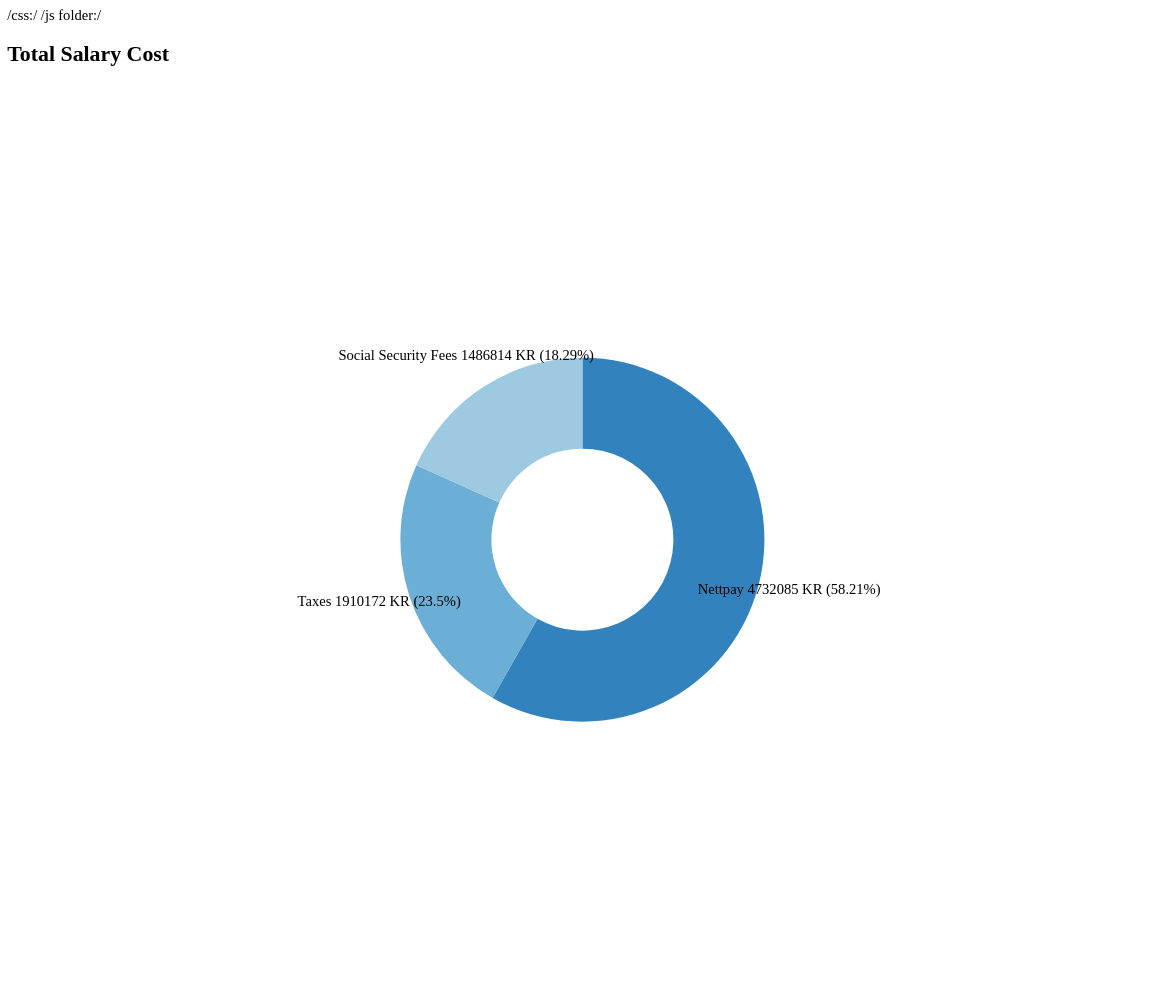
Repository: Code-Institute-Submissions/danfiliphoff-Milestoneproject-2
Page: index.html
The author's editor kept a record of every edit. The page is drawn from the files as they stood at one moment, then again after the next edit.
The browser window is 1280 px wide. The pictures show the whole page, at 91% of full size.

Above is the page before.

After the next edit:
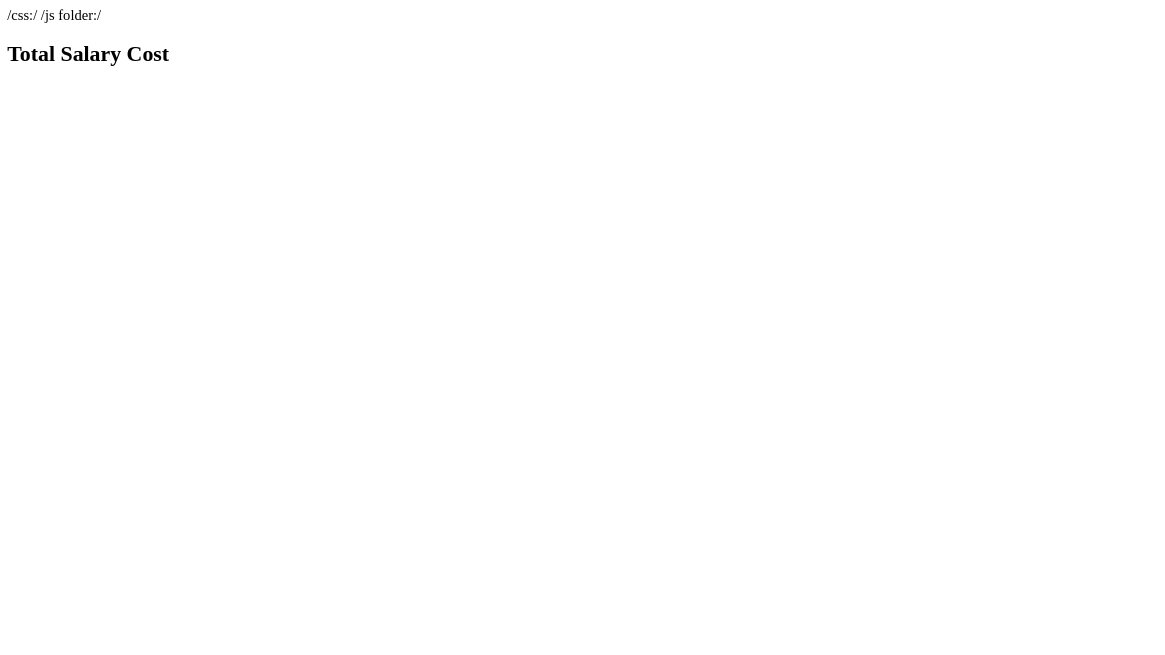
Console error: ReferenceError: makePie is not defined
The edit:
--- a/static/js/pie.graph.js
+++ b/static/js/pie.graph.js
@@ -1,7 +1,7 @@
 /*väntar med att skapa graf tills data är laddat*/
 queue()
     .defer(d3.csv, "data/total.cost.csv")
-    .await(makeGraphs);
+    .await(makePie);
 
 /*skapar graf och hämtar data*/
 function makeGraphs(error, totalCost) {
@@ -18,7 +18,7 @@
         .transitionDuration(1500)
         .dimension(type_dim)
         .group(total_cost_pie_chart)
-        .externalLabels(35)
+        .externalLabels(50)
         /*8129071: har summerat ihopp för hand vill hitta kod som summerar ihopp åt mig.
         *100)/100 i slutet av formeln är för att få med 2 decimal tecken i procenten
         */

After the edit that followed:
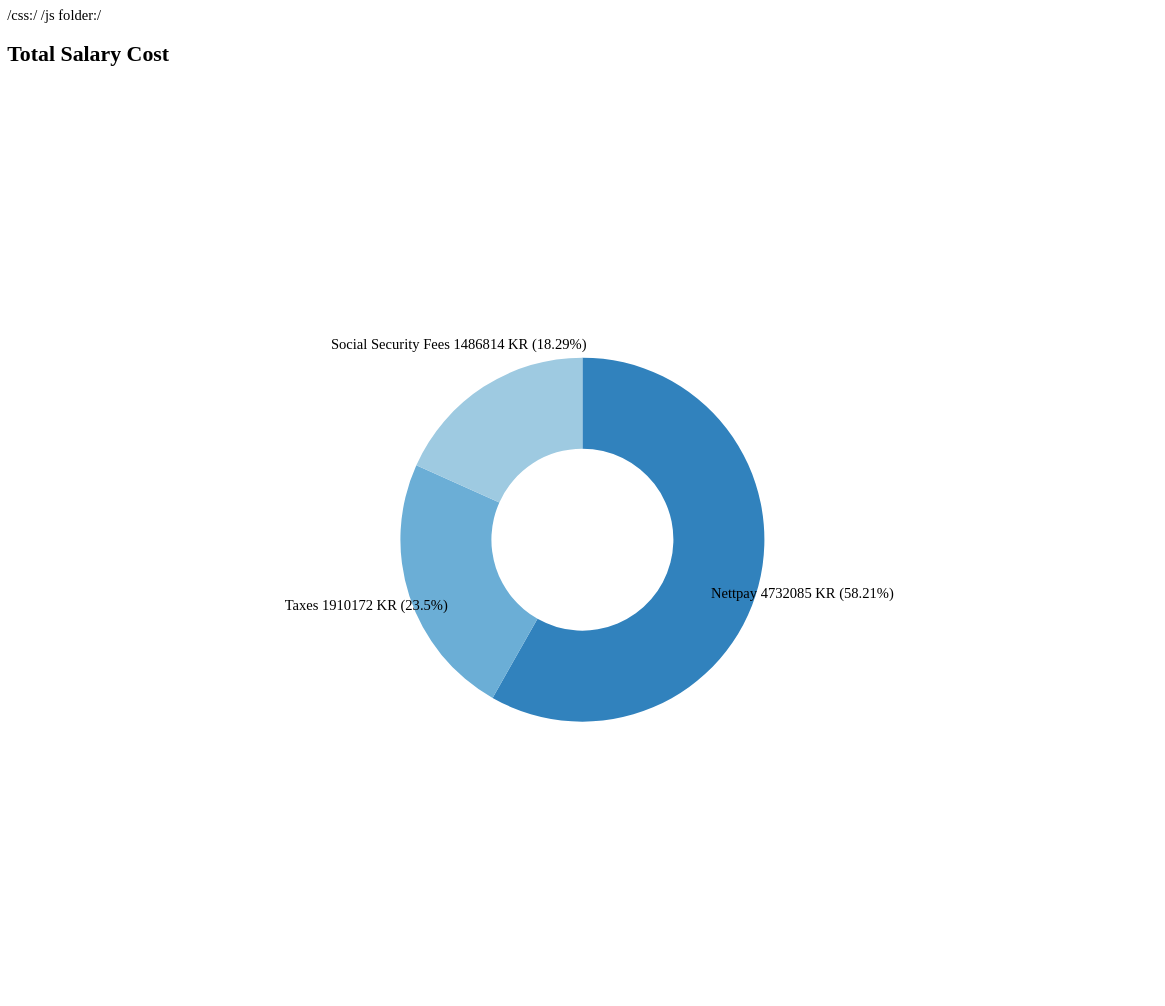
The error is gone.
The edit:
--- a/static/js/pie.graph.js
+++ b/static/js/pie.graph.js
@@ -4,9 +4,9 @@
     .await(makePie);
 
 /*skapar graf och hämtar data*/
-function makeGraphs(error, totalCost) {
-    var ndx = crossfilter(totalCost);
-    var type_dim = ndx.dimension(function(d) { return d["Type"]; });
+function makePie(error, totalCost) {
+    var pie = crossfilter(totalCost);
+    var type_dim = pie.dimension(function(d) { return d["Type"]; });
     var total_cost_pie_chart = type_dim.group().reduceSum(dc.pluck('Sum'));
 
 
